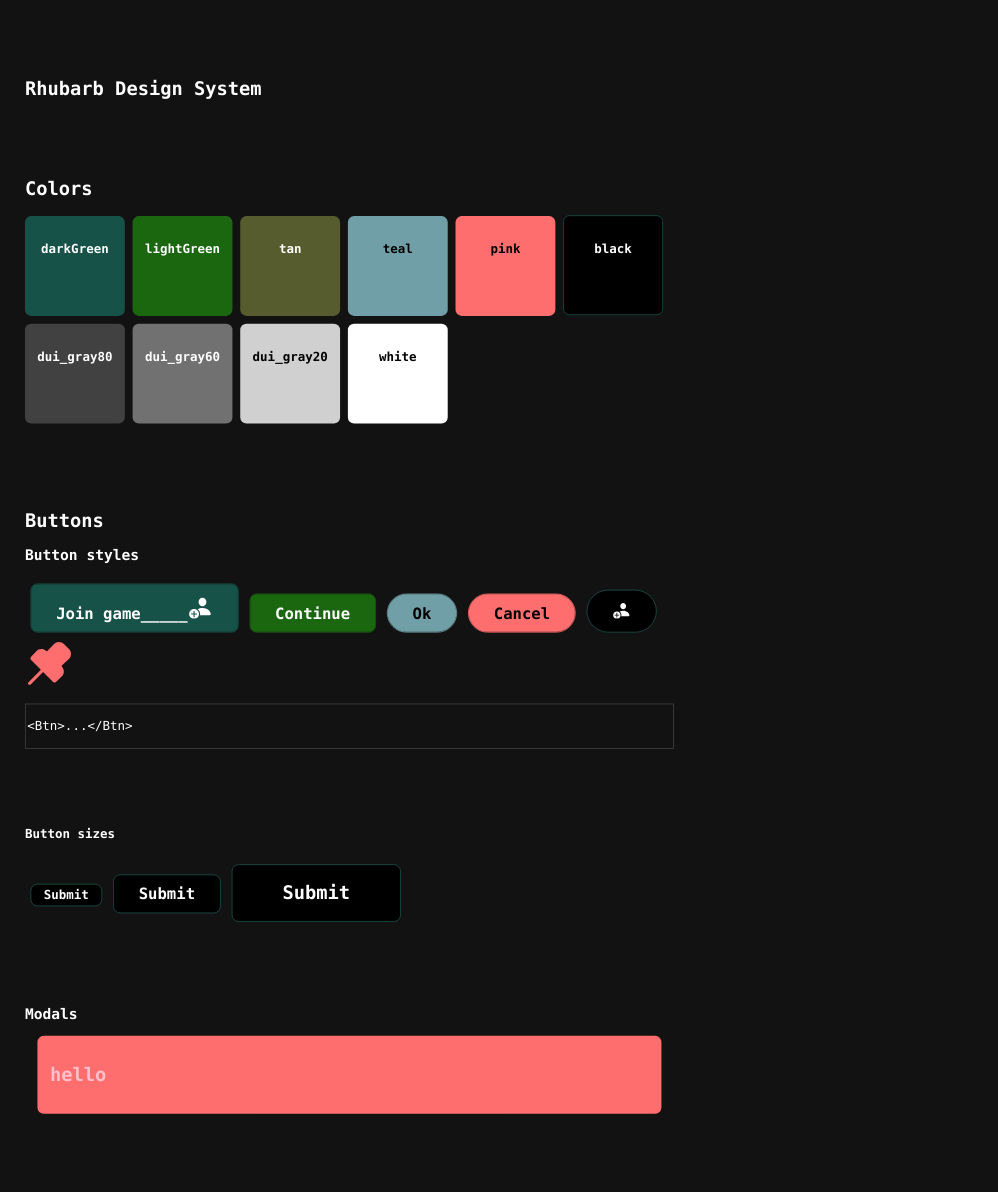
Repository: kttalley/designing-with-data_react-class
Page: / (app in lesson6_design-system-component-extension/)
An editor plug-in stored every save of this project. The page is shown before and after the next save, followed by the edit.
The browser window is 1280 px wide. The pictures show the whole page, at 78% of full size.
The project was rebuilt for these pictures with package versions that can differ from the ones it lists, and the page was loaded fresh each time. Imported but missing from the stored project, and not drawn on this page: lesson6_design-system-component-extension/src/Rhubarb/Input.

Above is the page before, as saved 2023-09-01 11:59:52.

### lesson6_design-system-component-extension/src/App.js
import React, { Component } from 'react';
import { DocsSection, DocsColorBox, DocsModalContainer, DocsCodeBlock } from './Docs';
import Icon from './Rhubarb/Icon'

import {
  GlobalStyle,
  Btn,
  Modal,
  fontSize,
  color,
} from './Rhubarb';

class App extends Component {
  render() {
    return (
      <div>
        <GlobalStyle />

        <DocsSection>
          <h1>Rhubarb Design System</h1>
        </DocsSection>
        <DocsSection>
          <h2>Colors</h2>
          <DocsColorBox color="darkGreen">darkGreen</DocsColorBox>
          <DocsColorBox color="lightGreen">lightGreen</DocsColorBox>
          <DocsColorBox color="tan">tan</DocsColorBox>
          <DocsColorBox color="teal">teal</DocsColorBox>
          <DocsColorBox color="pink">pink</DocsColorBox>
          <DocsColorBox color="black">black</DocsColorBox>
          <DocsColorBox color="dui_gray80">dui_gray80</DocsColorBox>
          <DocsColorBox color="dui_gray60">dui_gray60</DocsColorBox>
          <DocsColorBox color="dui_gray20">dui_gray20</DocsColorBox>
          <DocsColorBox color="white">white</DocsColorBox>
        </DocsSection>

        <DocsSection>
          <h2>Buttons</h2>
          <h3>Button styles</h3>
          <Btn color="darkGreen">
            Join game_____
            <Icon name="add" context="btn" color="#ffffff" size={fontSize[4]}></Icon>
          </Btn>
          <Btn color="lightGreen">Continue</Btn>
          <Btn color="teal"  roundness="pill">Ok</Btn>
          <Btn color="pink"  roundness="pill">Cancel</Btn>
          <Btn roundness="pill"><Icon name="add" color="#ffffff" size={fontSize[3]}></Icon></Btn>
          <Icon name="pin" color={color.pink} size={fontSize[5]} />
          <DocsCodeBlock>
            <p>
              {"<Btn>...</Btn>"}
            </p>
          </DocsCodeBlock>
      </DocsSection>
      <DocsSection>
          <h4>Button sizes</h4>
          <Btn size="sm">Submit</Btn>
          <Btn>Submit</Btn>
          <Btn size="lg">Submit</Btn>
        </DocsSection>


        <DocsSection>
          <h3>Modals</h3>
          <Modal color="pink"><h1>hello</h1></Modal>

        </DocsSection>
      </div>
    );
  }
}

export default App;

### lesson6_design-system-component-extension/src/Docs/index.js
import styled from 'styled-components';
import {color, space, isDarkBackground, fontSize} from '../Rhubarb';

export const DocsColorBox = styled.div`
background-color: ${ props => color[props.color] ? color[props.color] : color.black };
  color: ${props => isDarkBackground(props.color) ? color.black : color.white};
  height: ${space[6] + 'px'};
  width: ${space[6] + 'px'};
  padding-top: 33px;
  text-align: center;
  font-weight: bold;
  display: inline-block;
  margin-right: 10px;
  margin-bottom: 10px;
  border-radius: 8px;
  border: ${props => props.color === "black" ? '1px solid' + color.darkGreen : 'none'}
`;

export const DocsSection = styled.section`
  margin: 100px 32px;
  max-width: 832px;
`;

export const DocsModalContainer = styled.section`
  position: relative;
  height: 300px;
  border-radius: 3px;
  background: ${color.dui_gray80}
`;

export const DocsCodeBlock = styled.code`
  border: 1px solid ${color.dui_gray80};
  color: ${color.dui_gray60}
  border-radius: 8px;
  display: block;
  font-family: consolas, monospace;
  line-height: 1.3;
  padding: ${space[1] + 'px'};
  white-space: pre-line;
  font-size: ${fontSize[1]};
  margin-top: ${space[3] + 'px'};
  transition: 0.15s color ease;

  &::selection {
    color: ${color.black};
    background-color: ${color.pink};
  }

  &:hover {
    color: ${color.white};
  }


`;

### lesson6_design-system-component-extension/src/Rhubarb/Icon.js
import React from 'react';
import Styled, { css } from 'styled-components'



const Icon = function(props) {
    const {name, context, color="white", size=16, ...rest} = props;
    const Drawing = IconMap[name] ? IconMap[name] : null;
    const iconStyles = {
        ...(context === 'btn' && {
            marginRight: '200px',
            color: "red",
            padding: '8px',
            size: '500px'

        }),
    }

    return (
        <svg
            width={size}
            height={size}
            {...rest}
            viewBox="0 0 32 32"
            marginRight="20px"
        >
            <Drawing color={color} />
        </svg>

    );

}

function Add(props) {
    return (
        <path fill={props.color} d="M18.6025 16.2451C15.8604 16.2451 13.5879 13.8203 13.5879 10.6846C13.5752 7.65039 15.8857 5.25098 18.6025 5.25098C21.332 5.25098 23.6172 7.625 23.6172 10.6719C23.6172 13.8203 21.3447 16.2451 18.6025 16.2451ZM18.5898 18.5176C25.1406 18.5176 29.2158 23.0117 29.2158 26.2744C29.2158 27.3789 28.5049 27.874 26.7783 27.874H15.4033C15.5303 27.3408 15.5938 26.7695 15.5938 26.1982C15.5938 23.6973 14.4004 21.4756 12.5596 20.0537C14.1719 19.127 16.2158 18.5176 18.5898 18.5176ZM7.79883 32.5078C4.3457 32.5078 1.48926 29.6641 1.48926 26.1982C1.48926 22.7324 4.3457 19.876 7.79883 19.876C11.2646 19.876 14.1211 22.7324 14.1211 26.1982C14.1211 29.6514 11.2393 32.5078 7.79883 32.5078ZM7.81152 30.3496C8.20508 30.3496 8.52246 30.0703 8.52246 29.6641V26.8584H11.125C11.5059 26.8584 11.8105 26.5664 11.8105 26.1855C11.8105 25.8047 11.5059 25.5127 11.125 25.5127H8.52246V22.7197C8.52246 22.3008 8.20508 22.0342 7.81152 22.0342C7.41797 22.0342 7.10059 22.3008 7.10059 22.7197V25.5127H4.48535C4.11719 25.5127 3.8125 25.8047 3.8125 26.1855C3.8125 26.5664 4.11719 26.8584 4.48535 26.8584H7.10059V29.6641C7.10059 30.0703 7.41797 30.3496 7.81152 30.3496Z"></path>
    )
}


function Pin(props) {
    return (
        <path fill={props.color} d="M28.1831 13.4035C28.601 12.9858 28.9325 12.49 29.1587 11.9442C29.3849 11.3984 29.5014 10.8134 29.5015 10.2226C29.5016 9.63174 29.3853 9.0467 29.1592 8.50084C28.9332 7.95498 28.6019 7.45899 28.1841 7.0412L24.9849 3.82147C24.1379 2.97781 22.9906 2.50501 21.7951 2.50703C20.5997 2.50904 19.454 2.9857 18.6099 3.83221L14.354 8.35272C14.2599 8.44609 14.1326 8.49847 14 8.49847C13.8674 8.49847 13.7402 8.44609 13.646 8.35272C13.2271 7.93628 12.7279 7.60921 12.1789 7.39132C11.6298 7.17344 11.0422 7.06928 10.4517 7.08514C9.25462 7.11643 8.11615 7.60989 7.27491 8.46209L3.93702 11.9504C3.65616 12.2318 3.49835 12.6131 3.49816 13.0107C3.49797 13.4083 3.65543 13.7898 3.93602 14.0715L10.2144 20.3666L2.29341 28.2931C2.20056 28.386 2.12691 28.4962 2.07666 28.6175C2.02641 28.7389 2.00055 28.8689 2.00055 29.0002C2.00055 29.1315 2.02641 29.2615 2.07666 29.3828C2.12691 29.5041 2.20056 29.6144 2.29341 29.7072C2.38626 29.8001 2.49649 29.8737 2.6178 29.924C2.73911 29.9742 2.86913 30.0001 3.00044 30.0001C3.13175 30.0001 3.26177 29.9742 3.38308 29.924C3.5044 29.8737 3.61462 29.8001 3.70747 29.7072L11.6266 21.7825L17.8891 28.0617C18.0288 28.2015 18.1948 28.3122 18.3775 28.3877C18.5602 28.4631 18.7559 28.5016 18.9536 28.5012C19.1477 28.5019 19.3402 28.4644 19.5198 28.3906C19.6995 28.3169 19.8628 28.2084 20.0004 28.0715L23.5463 24.718C24.4021 23.8866 24.8934 22.7498 24.9124 21.5568C24.9315 20.3638 24.4767 19.212 23.6479 18.3537C23.555 18.2608 23.5025 18.135 23.5015 18.0036C23.5006 17.8722 23.5515 17.7458 23.643 17.6515L28.1831 13.4035Z"></path>
    )
}
function Cancel(props) {
    return (
        <path fill={props.color} d="M29 16C29 23.1797 23.1797 29 16 29C8.8203 29 3 23.1797 3 16C3 8.8203 8.8203 3 16 3C23.1797 3 29 8.8203 29 16ZM16.9957 6.9078C16.9481 6.39344 16.5166 6 16 6C15.4834 6 15.0519 6.39344 15.0043 6.9078L14.438 13.0238L13.796 12.3818L13.6593 11.265C13.5997 10.7785 13.1962 10.4068 12.7064 10.3873C12.4524 10.3772 12.2141 10.4634 12.0298 10.6156L9.70711 8.29289C9.31658 7.90237 8.68342 7.90237 8.29289 8.29289C7.95024 8.63555 7.90824 9.16501 8.16689 9.55346L22.4466 23.8331C22.835 24.0918 23.3645 24.0498 23.7071 23.7071C24.0976 23.3166 24.0976 22.6834 23.7071 22.2929L21.6914 20.2772C21.812 20.1618 21.9048 20.0154 21.9562 19.8473L22.6544 17.5661C22.8345 17.7326 23.0745 17.8319 23.3333 17.8319H26C26.5523 17.8319 27 17.3842 27 16.8319C27 16.2796 26.5523 15.8319 26 15.8319H24.118L23.638 13.8714C23.5309 13.4342 23.145 13.1224 22.6951 13.1096C22.2452 13.0968 21.8422 13.3862 21.7105 13.8166L21.194 15.5038L20.3131 11.1866C20.2151 10.7063 19.7834 10.3679 19.2936 10.3873C18.8038 10.4068 18.4003 10.7785 18.3407 11.265L17.8046 15.6439L16.9957 6.9078ZM18.9044 23.1194L16.2417 20.4567L16.6709 25.0922C16.718 25.6009 17.1411 25.9924 17.6519 25.9999C18.1628 26.0074 18.5972 25.6287 18.6593 25.1215L18.9044 23.1194ZM15.7993 20.0142L10.8878 15.1028L10.806 15.5038L10.593 14.808L8.96462 13.1796C8.67 13.2965 8.4407 13.5501 8.36203 13.8714L7.88198 15.8319H6C5.44772 15.8319 5 16.2796 5 16.8319C5 17.3842 5.44772 17.8319 6 17.8319H8.66667C8.92551 17.8319 9.16553 17.7326 9.3456 17.5661L10.0438 19.8473C10.1776 20.2846 10.5911 20.5754 11.0478 20.5535C11.5046 20.5316 11.8884 20.2026 11.9798 19.7545L12.4197 17.5986L13.3407 25.1215C13.4028 25.6287 13.8372 26.0074 14.3481 25.9999C14.8589 25.9924 15.282 25.6009 15.3291 25.0922L15.7993 20.0142ZM19.7257 18.3115L19.5184 18.1042L19.5803 17.5986L19.7257 18.3115Z"/>
    )
};




const IconMap = {
    "add": Add,
    "pin": Pin,
    "cancel": Cancel,
};


export default Icon;

### lesson6_design-system-component-extension/src/Rhubarb/index.js
//this file indexes all Rhubarb components for export

import { createGlobalStyle } from "styled-components";

export const GlobalStyle = createGlobalStyle`
  * {
    box-sizing: border-box;
  }

  body {
    margin: 0;
    padding: 0;
    font-family: menlo, sans-serif;
    background-color: #121212;
    color: white;
  }
`;


export * from './Button';
export * from './Input';
export * from './Utils';
export * from './Modal';
export * from './Icon';

### lesson6_design-system-component-extension/src/Rhubarb/Button.js
import { color, space, isDarkBackground, fontSize} from './Utils';
import styled, { css } from 'styled-components';

export const Btn = styled.button`
  background-color: ${ props => color[props.color] ? color[props.color] : color.black };
  color: ${props => isDarkBackground(props.color) ? color.black : color.white};
  outline: 1px solid ${ props => color[props.color] ? color[props.color] : color.darkGreen };
  border-radius: 8px;
  padding: ${space[3] + 'px'};
  margin: ${space[2] + 'px'};
  font-family: menlo;
  font-weight: bold;
  border: none;
  transition: 0.1s all ease;
  font-size: ${fontSize[2]};
  padding: ${space[2] + 4 + 'px'} ${space[4] + 'px'};

  &:hover {
    cursor: pointer;
    filter: brightness(1.1);
    transform: scale(1.1);
  }

  ${props => props.size === 'sm' && css`
    font-size: ${fontSize[1]};
    padding: ${space[1] + 2 + 'px'} ${space[3] + 'px'};
  ` }

    ${props => props.size === 'lg' && css`
      font-size: ${fontSize[3]};
      padding: ${space[3] + 6 + 'px'} ${space[5] + 'px'};
  ` }

  ${props => props.roundness === 'pill' && css`
    border-radius: 32px;
  `}

  ${props => props.color === "black" && css`
    outline: 2px solid green;

  `}


`;

### lesson6_design-system-component-extension/src/Rhubarb/Utils.js
export const color = {

  //core colors
  darkGreen: '#165247',
  tan: '#565C2D',
  lightGreen: '#1A6710',
  teal: '#719FA7',
  pink: '#FF6E6E',

  //grayscale - needs lui
  black: '#000000',
  dui_gray80: '#FFFFFF33',
  dui_gray60: '#FFFFFF66',
  dui_gray40: '##FFFFFF44',
  dui_gray20: '#FFFFFFCC',
  white: '#FFFFFF',
  // solid grays, no opacity,
  //for sake of utility function below
  gray1: '#606060',
  gray2: '#313131',
  gray3: '#181818'

}

export const space = [
  0,
  2,
  8,
  16,
  32,
  64,
  128,
  256,
  512
];

export const fontSize = [
  '14px',
  '16px',
  '20px',
  '24px',
  '32px',
  '64px'
];


export const isDarkBackground = function(color) {
  if (color) {
    if (color.includes('dui_gray20') || color.includes('teal') || color.includes('pink') || color.includes('white')) {
      return true;
    } else {
      return false;
    }
  }
}

### lesson6_design-system-component-extension/src/Rhubarb/Modal.js
import { color, space, fontSize, isDarkBackground} from './Utils';
import React from 'react';
import styled from 'styled-components';
import Icon from './Icon';

export const Modal = styled.div`
  background-color: ${props => color[props.color] ? color[props.color] : color.black };
  color: pink;
  padding: 1rem;
  margin: 1rem;
  border-radius: ${space[2] + 'px'};
`;


export const ModalDismissIcon = styled(Icon)`
  float: right;
  transition: 0.2s opacity ease;
  cursor: pointer;

  &:hover {
    opacity: 0.6;
  }
`;

Loaded but not shown: lesson6_design-system-component-extension/public/index.html (common file); lesson6_design-system-component-extension/src/index.js (common file); lesson6_design-system-component-extension/src/index.css (common file); lesson6_design-system-component-extension/src/reportWebVitals.js (common file)

After the next save:
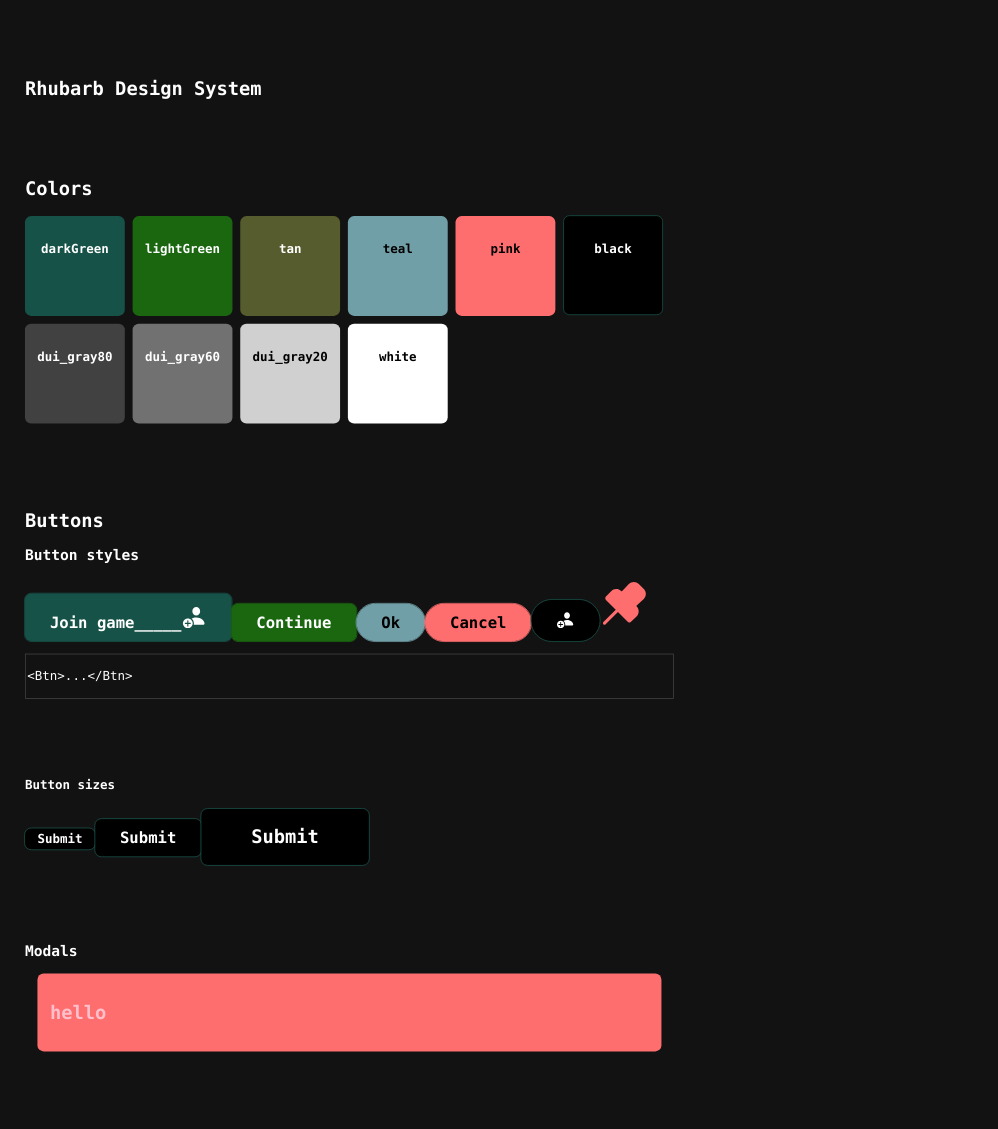
Saved 36 s later.
--- a/lesson6_design-system-component-extension/src/Rhubarb/Button.js
+++ b/lesson6_design-system-component-extension/src/Rhubarb/Button.js
@@ -7,6 +7,7 @@
   outline: 1px solid ${ props => color[props.color] ? color[props.color] : color.darkGreen };
   border-radius: 8px;
   padding: ${space[3] + 'px'};
+  padding-left: 24px
   margin: ${space[2] + 'px'};
   font-family: menlo;
   font-weight: bold;

After the 2 saves that followed:
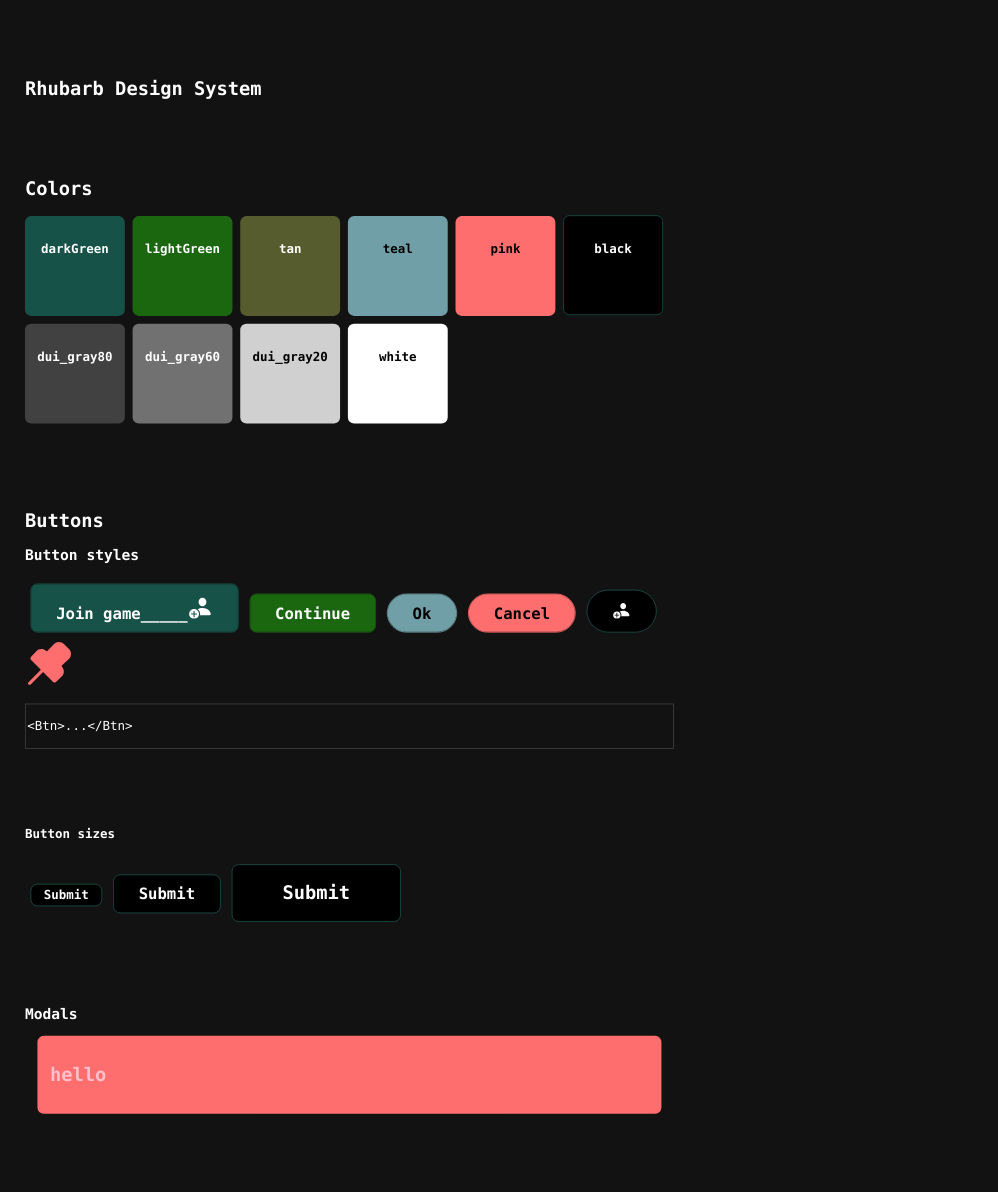
The 2 saves are shown as one change because 1 left the picture as it was.
The last was saved 12 s later.
--- a/lesson6_design-system-component-extension/src/Rhubarb/Button.js
+++ b/lesson6_design-system-component-extension/src/Rhubarb/Button.js
@@ -7,7 +7,7 @@
   outline: 1px solid ${ props => color[props.color] ? color[props.color] : color.darkGreen };
   border-radius: 8px;
   padding: ${space[3] + 'px'};
-  padding-left: 24px
+  padding-left: 12px;
   margin: ${space[2] + 'px'};
   font-family: menlo;
   font-weight: bold;
